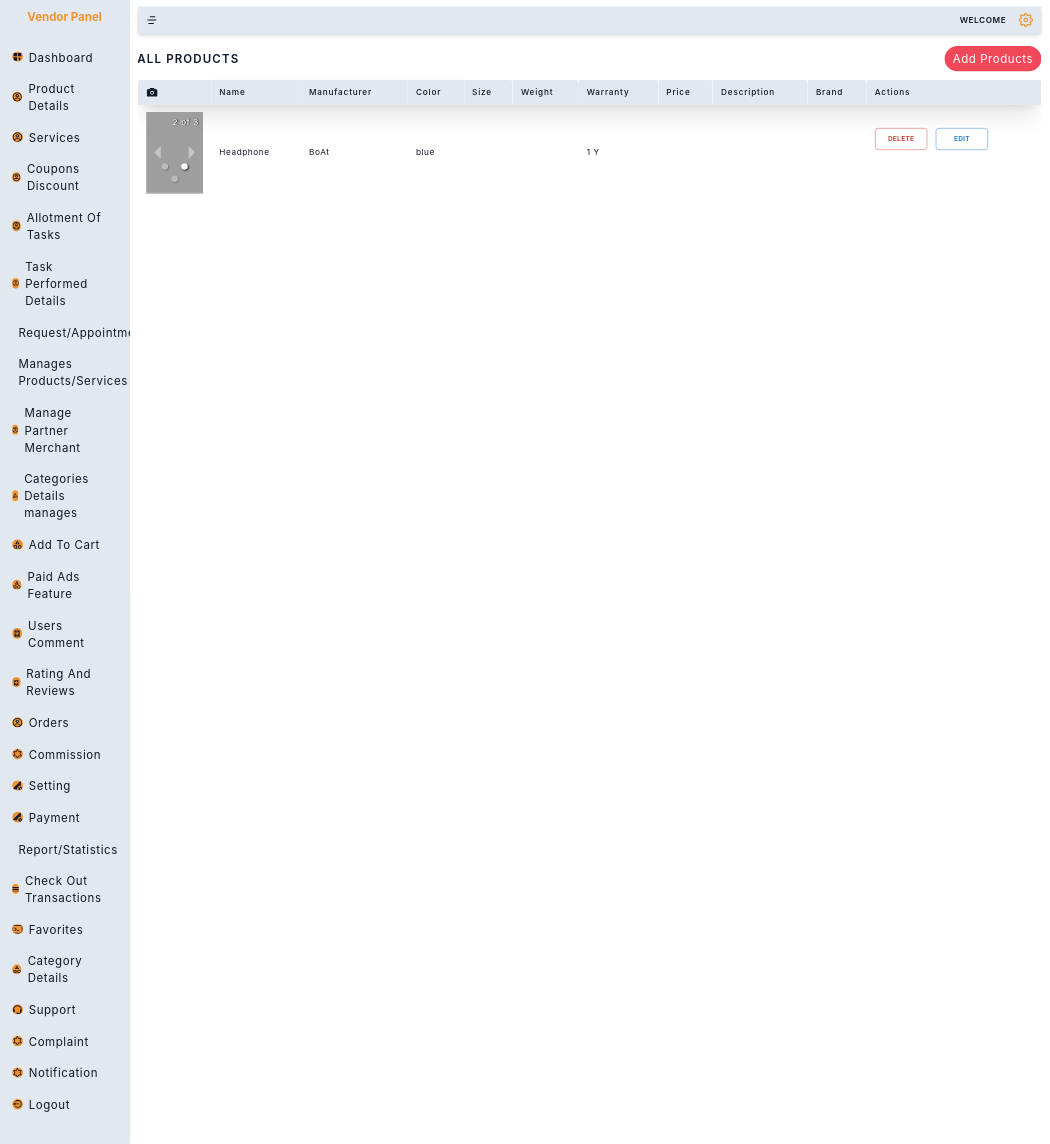
Repository: rohit0915/Mr-Arun-Chauhan-Admin-Panel
Page: /vendorProducts
An editor plug-in stored every save of this project. The page is shown before and after a run of saves, followed by the edit.
The browser window is 1280 px wide. The pictures show the whole page, at 82% of full size.
Pictures or frames that could not be fetched are drawn as grey boxes. The page's requests for data from a server got no answer. The project was rebuilt for these pictures with package versions that can differ from the ones it lists, and the page was loaded fresh each time. No one was signed in, and anything a server would have sent is missing. Also part of the build but not shown: src/components/forms/Login.jsx, src/components/layout/Navbar.jsx, src/components/layout/Sidebar.jsx, src/components/layout/HOC.jsx, src/components/pages/Dashboard.jsx, src/components/pages/products/Products.jsx, src/components/pages/categories/Categories.jsx, src/components/pages/subcategories/SubCategories.jsx and 81 more.

Above is the page before, as saved 2022-11-24 15:37:28.

After the next 3 saves:
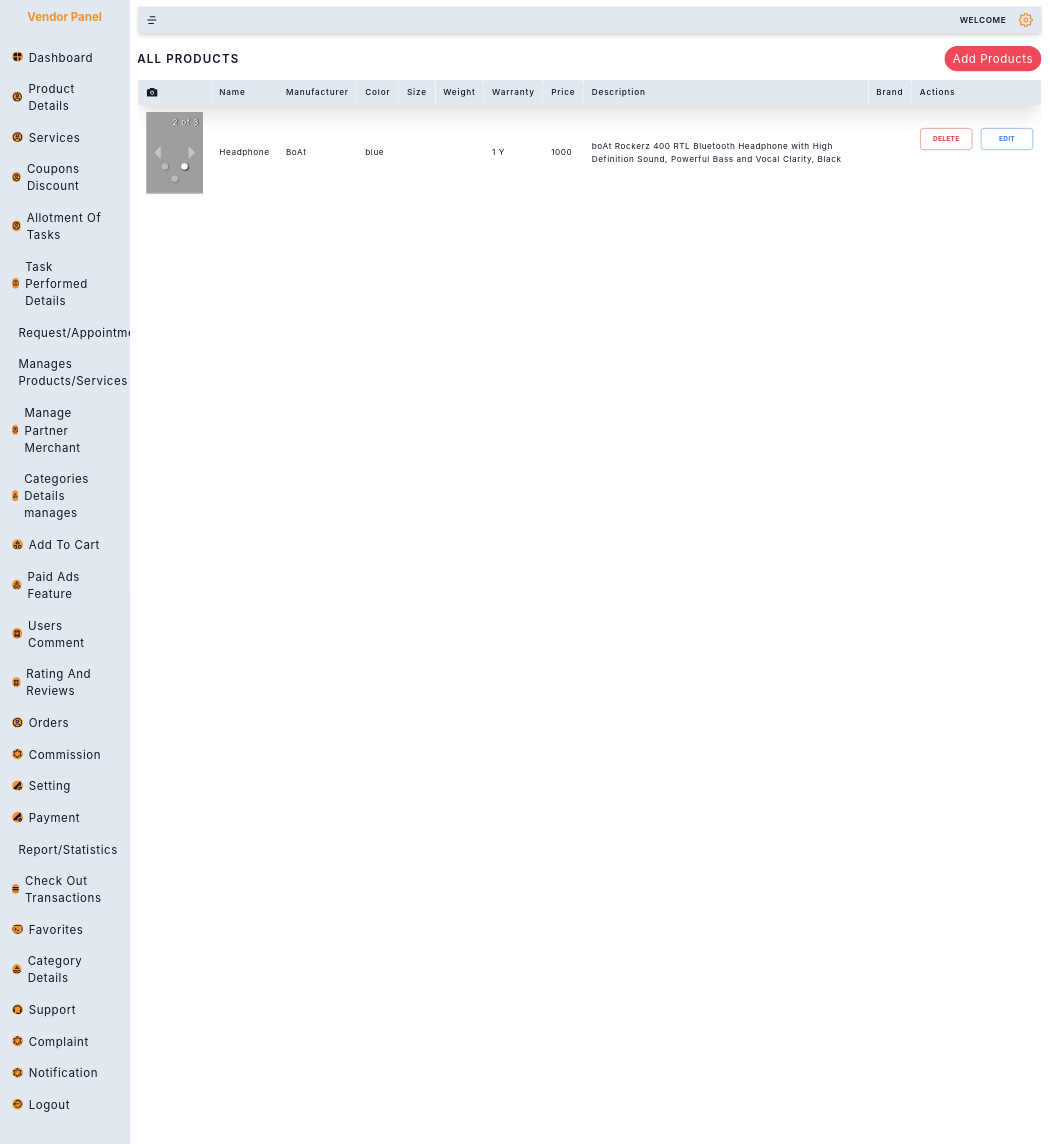
The 3 saves are shown as one change because they came seconds apart.
The last was saved 8 s later.
--- a/src/vendorPanel/components/pages/products/VendorProducts.jsx
+++ b/src/vendorPanel/components/pages/products/VendorProducts.jsx
@@ -562,9 +562,9 @@ const VendorProducts = () => {
                   <td className="px-4 py-3 md:text-base text-sm">
                     {i.warranty}
                   </td>
-                  <td className="px-4 py-3 md:text-base text-sm">{i.price}</td>
-                  <td className="px-4 py-3 md:text-base text-sm">
-                    {i.descrption}
+                  <td className="px-4 py-3 md:text-base text-sm">{i.Price}</td>
+                  <td className="px-4 py-3 md:text-base text-sm">
+                    {i.Description}
                   </td>
                   <td className="px-4 py-3 md:text-base text-sm">
                     {i.brand === null ? "Brand" : i.brand}
